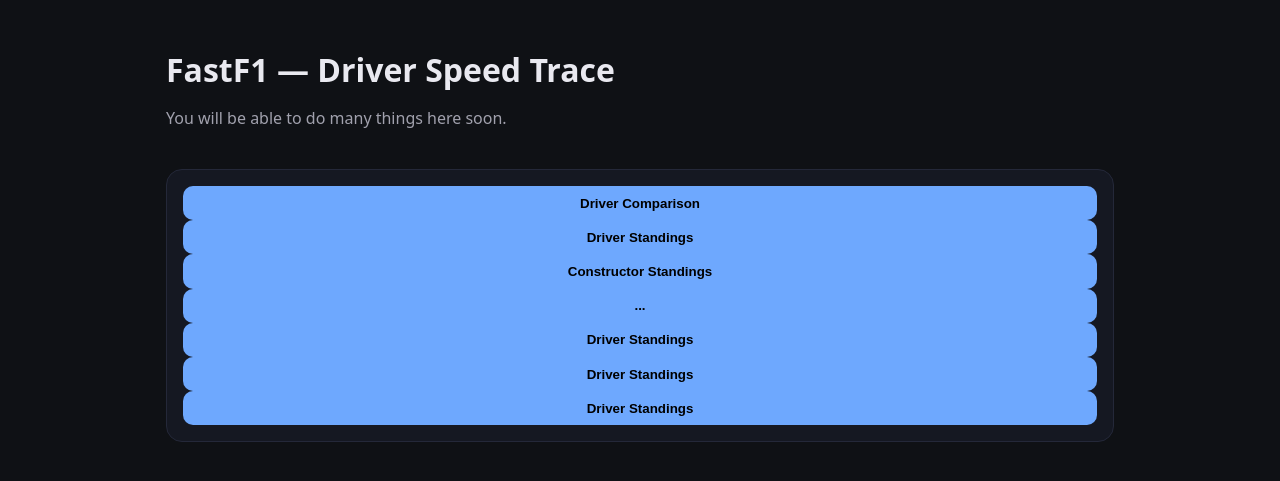
Repository: gqnsptaa/fastf1_web_preview
Page: http://localhost/menu
An editor plug-in stored every save of this project. The page is shown before and after the next save, followed by the edit.
The browser window is 1280 px wide. The pictures show the whole page.
The page is served by the project's application, run on Flask 3 (app.py).

Above is the page before, as saved 2025-09-22 16:42:07.

After the next save:
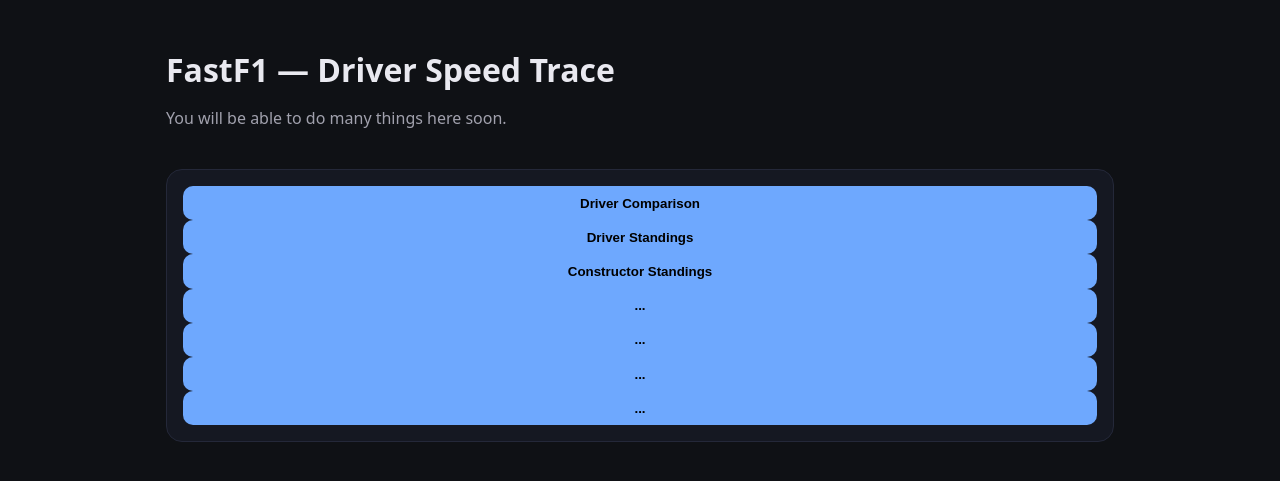
Saved 7 s later.
--- a/templates/menu.html
+++ b/templates/menu.html
@@ -21,9 +21,9 @@
           <button type="submit">Driver Standings</button>
           <button type="submit">Constructor Standings</button>
           <button type="submit">...</button>
-          <button type="submit">Driver Standings</button>
-          <button type="submit">Driver Standings</button>
-          <button type="submit">Driver Standings</button>
+          <button type="submit">...</button>
+          <button type="submit">...</button>
+          <button type="submit">...</button>
         </div>
       </div>
     </div>
